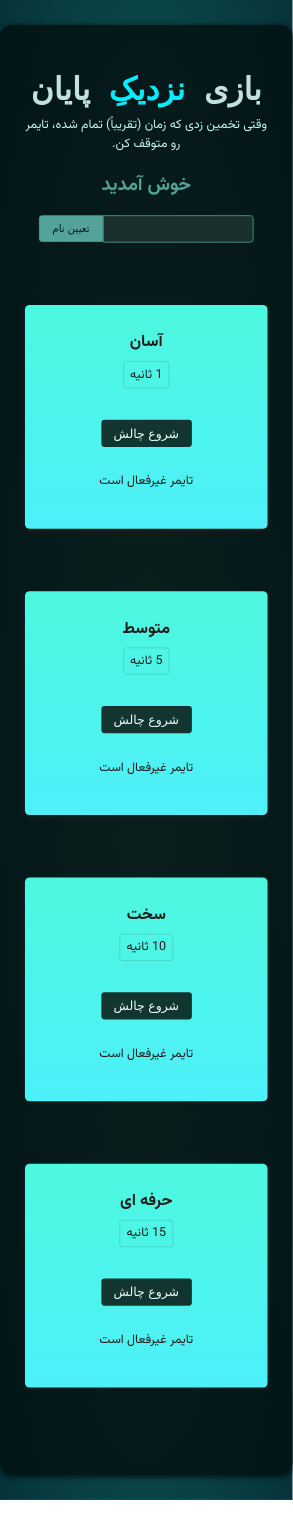
Repository: H-ala/react-near-end
Page: /
The author's editor kept a copy of each file at every save. The page is drawn from the files as they stood at one save, then again after the next save.
The browser window is 375 px wide. The pictures show the whole page, at 78% of full size.
The project was rebuilt for these pictures with package versions that can differ from the ones it lists, and the page was loaded fresh each time. Also part of the build but not shown: vite.config.js.

Above is the page before, as saved 2025-10-21 19:54:42.

### index.html
<!DOCTYPE html>
<html lang="en">

<head>
  <meta charset="UTF-8" />
  <link rel="icon" type="image/svg+xml" href="/vite.svg" />
  <meta name="viewport" content="width=device-width, initial-scale=1.0" />
  <title>Refs & Portals</title>
</head>

<body>
  <div id="modal"></div>
  <div id="content">
    <header>
      <h1>بازی <em>نزدیکِ</em> پایان</h1>
      <p>وقتی تخمین زدی که زمان (تقریباً) تمام شده، تایمر رو متوقف کن.</p>
    </header>
    <div id="root"></div>
  </div>
  <script type="module" src="/src/main.jsx"></script>
</body>

</html>

### src/App.jsx
import Player from "./components/Player.jsx";
import TimerChallenge from "./components/TimerChallenge.jsx";

function App() {
  return (
    <>
      <Player />
      <div id="challenges">
        <TimerChallenge title="آسان" targetTime={1} />
        <TimerChallenge title="متوسط" targetTime={5} />
        <TimerChallenge title="سخت" targetTime={10} />
        <TimerChallenge title="حرفه ای" targetTime={15} />
      </div>
    </>
  );
}

export default App;

### src/index.css
@import url("https://fonts.googleapis.com/css2?family=Vazirmatn:wght@400;700&display=swap");

* {
  box-sizing: border-box;
}

body {
  margin: 0;
  font-family: "Vazirmatn", sans-serif;
  -webkit-font-smoothing: antialiased;
  -moz-osx-font-smoothing: grayscale;
  background: radial-gradient(#186a5e, #053339);
  color: #e1eeeb;
  direction: rtl;
  min-height: 100vh;
}

#content {
  max-width: 60rem;
  margin: 2rem auto;
  padding: 2rem;
  background: radial-gradient(#0b201d, #021619);
  border-radius: 16px;
  box-shadow: 0 2px 8px rgba(0, 0, 0, 0.8);
}

h1 {
  font-family: "Handjet", monospace;
  text-align: center;
  text-transform: uppercase;
  color: #c1e2dd;
  text-shadow: 0 0 4px rgba(35, 34, 34, 0.4);
  font-size: 3.5rem;
  margin-bottom: 0.5rem;
}

h1 em {
  font-style: normal;
  color: #00eeff;
}

header p {
  font-size: 1.2rem;
  margin: 0;
  text-align: center;
  color: #c6f4f2;
}

#player {
  text-align: center;
}

#player h2 {
  color: #54a399;
}

#player p {
  display: flex;
  justify-content: center;
  align-items: center;
}

#player input {
  font: inherit;
  border: 1px solid #54a399;
  background-color: #192f2b;
  border-radius: 4px;
  border-top-left-radius: 0;
  border-bottom-left-radius: 0;
  padding: 0.25rem;
  color: #d1f0ec;
}

#player button {
  cursor: pointer;
  background-color: #54a399;
  border: 1px solid #54a399;
  padding: 0.55rem 1rem;
  color: #061e1a;
  border-top-left-radius: 4px;
  border-bottom-left-radius: 4px;
}

#player button:hover {
  background-color: #3c8379;
  border-color: #3c8379;
}

#challenges {
  max-width: 50rem;
  margin: 3rem auto;
  display: flex;
  flex-wrap: wrap;
  gap: 2rem;
}

.challenge {
  width: 22rem;
  display: flex;
  flex-direction: column;
  align-items: center;
  justify-content: center;
  padding: 2rem;
  margin: 2rem auto;
  background: linear-gradient(#4df8df, #4df0f8);
  color: #221c18;
  box-shadow: 0 2px 8px rgba(35, 34, 34, 0.6);
  border-radius: 6px;
}

.challenge button {
  margin-top: 1rem;
  padding: 0.5rem 1rem;
  border: none;
  border-radius: 4px;
  background: #12352f;
  color: #edfcfa;
  font-size: 1.2rem;
  cursor: pointer;
}

.challenge button:hover {
  background: #051715;
}

.challenge h2 {
  font-size: 1.5rem;
  margin: 0;
  text-align: center;
  color: #221c18;
}

.challenge-time {
  border: 1px solid #46cebe;
  border-radius: 4px;
  padding: 0.25rem 0.5rem;
  margin: 0.5rem;
}

.challenge .active {
  animation: flash 1s infinite;
}

.result-modal {
  border: none;
  border-radius: 8px;
  padding: 2rem;
  background-color: #d7fcf8;
}

.result-modal[open] {
  animation: slide-in-from-top 0.35s ease-out;
}

.result-modal::backdrop {
  background: rgba(0, 0, 0, 0.9);
}

.result-modal h2 {
  font-family: "Handjet", monospace;
  margin: 0 0 0.25rem 0;
  font-size: 3rem;
  text-transform: uppercase;
}

.result-modal progress {
  width: 100%;
  height: 1.5rem;
  margin: 0;
  accent-color: #46cebe;
}

.result-modal p {
  margin: 0.5rem 0;
  font-size: 1.2rem;
}

.result-modal p strong {
  color: #10655b;
}

.result-modal form {
  text-align: right;
}

.result-modal button {
  margin-top: 1rem;
  padding: 0.5rem 1rem;
  border: none;
  border-radius: 4px;
  background: #12352f;
  color: #edfcfa;
  font-size: 1.2rem;
  cursor: pointer;
}

.result-modal button:hover {
  background: #051715;
}

@keyframes slide-in-from-top {
  0% {
    transform: translateY(-15%);
    opacity: 0;
  }
  100% {
    transform: translateY(0);
    opacity: 1;
  }
}

@keyframes flash {
  0% {
    opacity: 0.5;
  }
  50% {
    opacity: 1;
  }
  100% {
    opacity: 0.5;
  }
}

@media (max-width: 768px) {
  h1 {
    font-size: 2.5rem;
  }

  header p {
    font-size: 1rem;
  }

  #challenges {
    gap: 1rem;
  }

  .challenge h2 {
    font-size: 1.3rem;
  }

  .challenge button {
    font-size: 1rem;
  }

  .result-modal h2 {
    font-size: 2rem;
  }

  .result-modal p {
    font-size: 1rem;
  }
}

@media (max-width: 480px) {
  #player p {
    display: flex;
    justify-content: center;
    align-items: center;
  }
}

### src/components/Player.jsx
import { useState, useRef } from "react";

export default function Player() {
  const playerName = useRef();
  const [enteredPlayerName, setEnteredPlayerName] = useState("");

  function handleClick() {
    setEnteredPlayerName(playerName.current.value);
    playerName.current.value = "";
  }

  return (
    <section id="player">
      <h2>خوش آمدید {enteredPlayerName ?? "unknown entity"}</h2>
      <p>
        <input
          ref={playerName}
          type="text"
        />
        <button onClick={handleClick}>تعیین نام</button>
      </p>
    </section>
  );
}

### src/components/TimerChallenge.jsx
import { useState, useRef } from "react";
import ResultModal from "./ResultModal";

export default function TimerChallenge({ title, targetTime }) {
  const timer = useRef();
  const dialog = useRef();

  const [timeRemaining, setTimeRemaining] = useState(targetTime * 1000);
  const timerIsActive = timeRemaining > 0 && timeRemaining < targetTime * 1000;

  if (timeRemaining <= 0) {
    clearInterval(timer.current);
    dialog.current.open();
  }

  function handleStart() {
    timer.current = setInterval(() => {
      setTimeRemaining((prevTimeRemaining) => prevTimeRemaining - 10);
    }, 10);
  }

  function handleReset() {
    setTimeRemaining(targetTime * 1000);
  }

  function handleStop() {
    clearInterval(timer.current);
    dialog.current.open();
  }

  return (
    <>
      <ResultModal
        ref={dialog}
        targetTime={targetTime}
        remainingTime={timeRemaining}
        onReset={handleReset}
      />
      <section className="challenge">
        <h2>{title}</h2>
        <p className="challenge-time">
          {targetTime} ثانیه
        </p>
        <p>
          <button onClick={timerIsActive ? handleStop : handleStart}>
            {timerIsActive ? "توقف" : "شروع"} چالش
          </button>
        </p>
        <p className={timerIsActive ? "active" : undefined}>
          {timerIsActive ? "زمان داره میگذره..." : "تایمر غیرفعال است"}
        </p>
      </section>
    </>
  );
}

### src/components/ResultModal.jsx
import { useImperativeHandle, useRef } from "react";
import { createPortal } from "react-dom";

export default function ResultModal({ ref, targetTime, remainingTime, onReset }) {
  const dialog = useRef();

  const userLost = remainingTime <= 0;
  const formattedRemainingTime = (remainingTime / 1000).toFixed(2);
  const score = Math.round((1 - (remainingTime / (targetTime * 1000))) * 100);

  useImperativeHandle(ref, () => {
    return {
      open() {
        dialog.current.showModal();
      },
    };
  });

  return createPortal(
    <dialog ref={dialog} className="result-modal" onClose={onReset}>
      {userLost && <h2>تو باختی!</h2>}
      {!userLost && <h2>امتیاز : {score}</h2>}
      <p>
        زمان تارگت <strong>{targetTime} ثانیه بود. </strong>
      </p>
      <p>
        زمان رو وقتی
        <strong> {formattedRemainingTime} ثانیه مونده بود متوقف کردی. </strong>
      </p>
      <form action="dialog" onSubmit={onReset}>
        <button>بستن</button>
      </form>
    </dialog>,
    document.getElementById("modal")
  );
}

Loaded but not shown: src/main.jsx (common file)

After the next save:
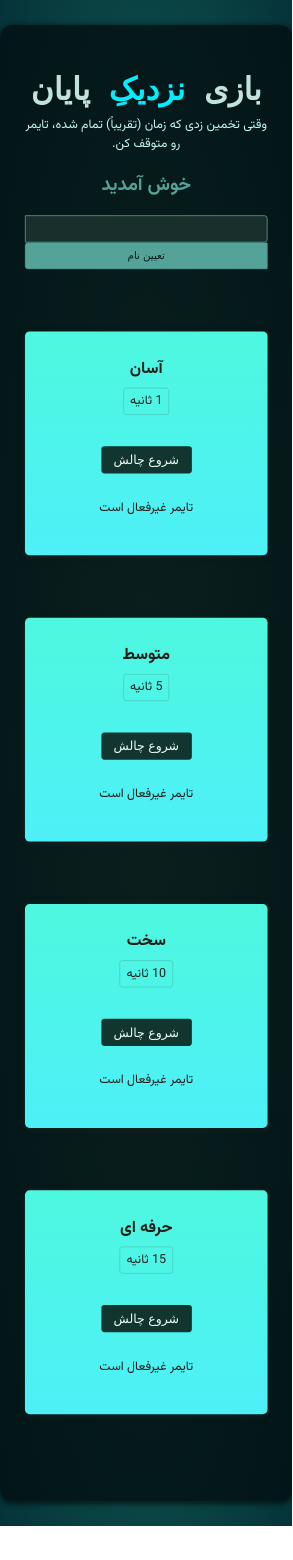
Saved 2 min 57 s later.
--- a/src/index.css
+++ b/src/index.css
@@ -253,8 +253,7 @@
 
 @media (max-width: 480px) {
   #player p {
-    display: flex;
-    justify-content: center;
-    align-items: center;
-  }
-}
+    flex-direction: column; /* ستون شدن */
+    align-items: stretch; /* پر کردن عرض والد */
+  }
+}

After the save that followed:
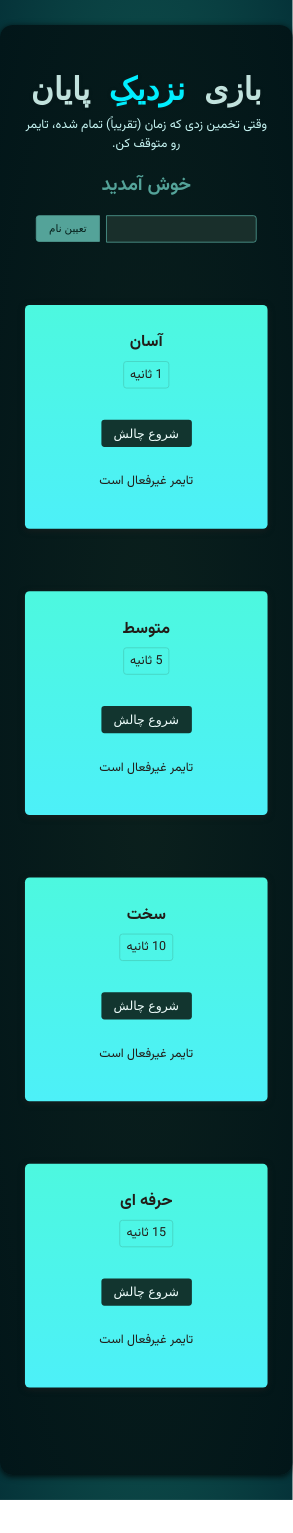
Saved 47 s later.
--- a/src/index.css
+++ b/src/index.css
@@ -253,7 +253,9 @@
 
 @media (max-width: 480px) {
   #player p {
-    flex-direction: column; /* ستون شدن */
-    align-items: stretch; /* پر کردن عرض والد */
-  }
-}
+    display: flex;
+    justify-content: center;
+    align-items: center;
+    gap: 0.5rem;
+  }
+}
